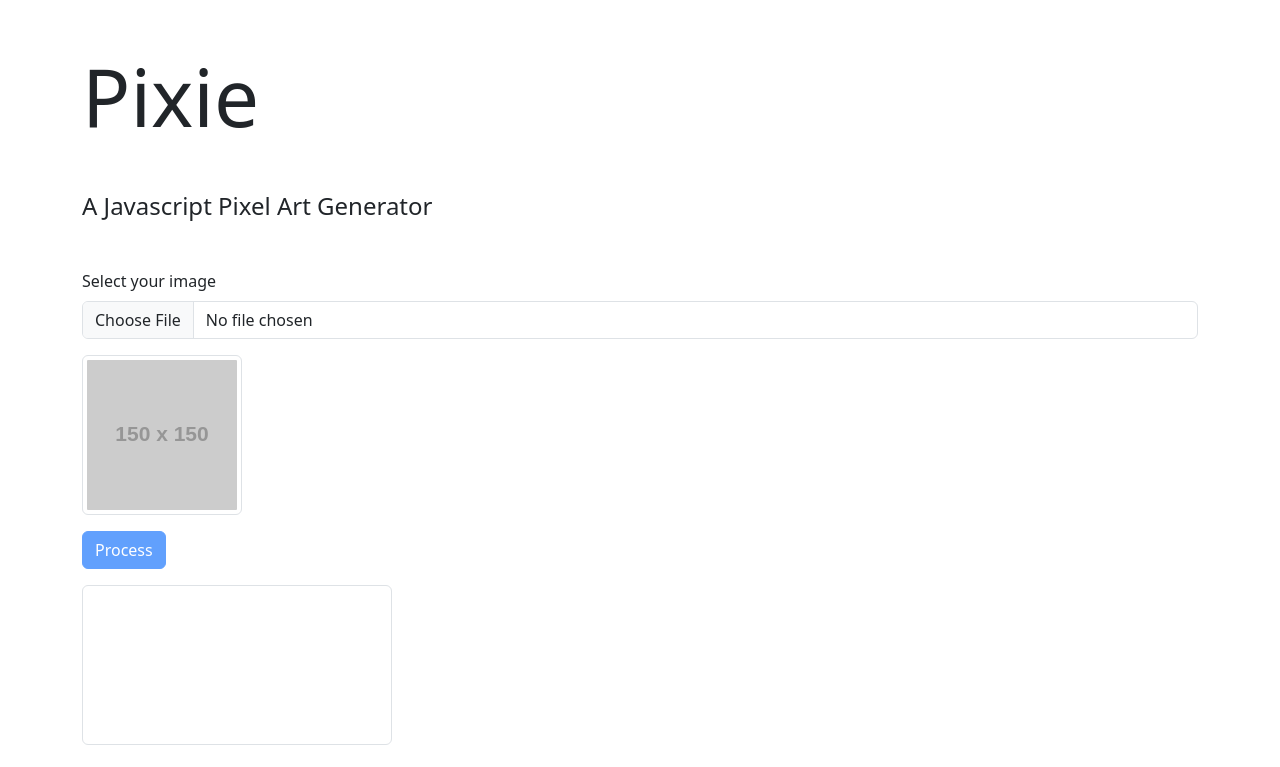
Repository: BigEmperor26/Pixie
Page: index.html
An editor plug-in stored every save of this project. The page is shown before and after the next save, followed by the edit.
The browser window is 1280 px wide. The pictures show the whole page.

Above is the page before, as saved 2023-12-08 15:50:38.
Console error: ReferenceError: onOpenCvReady is not defined

After the next save:
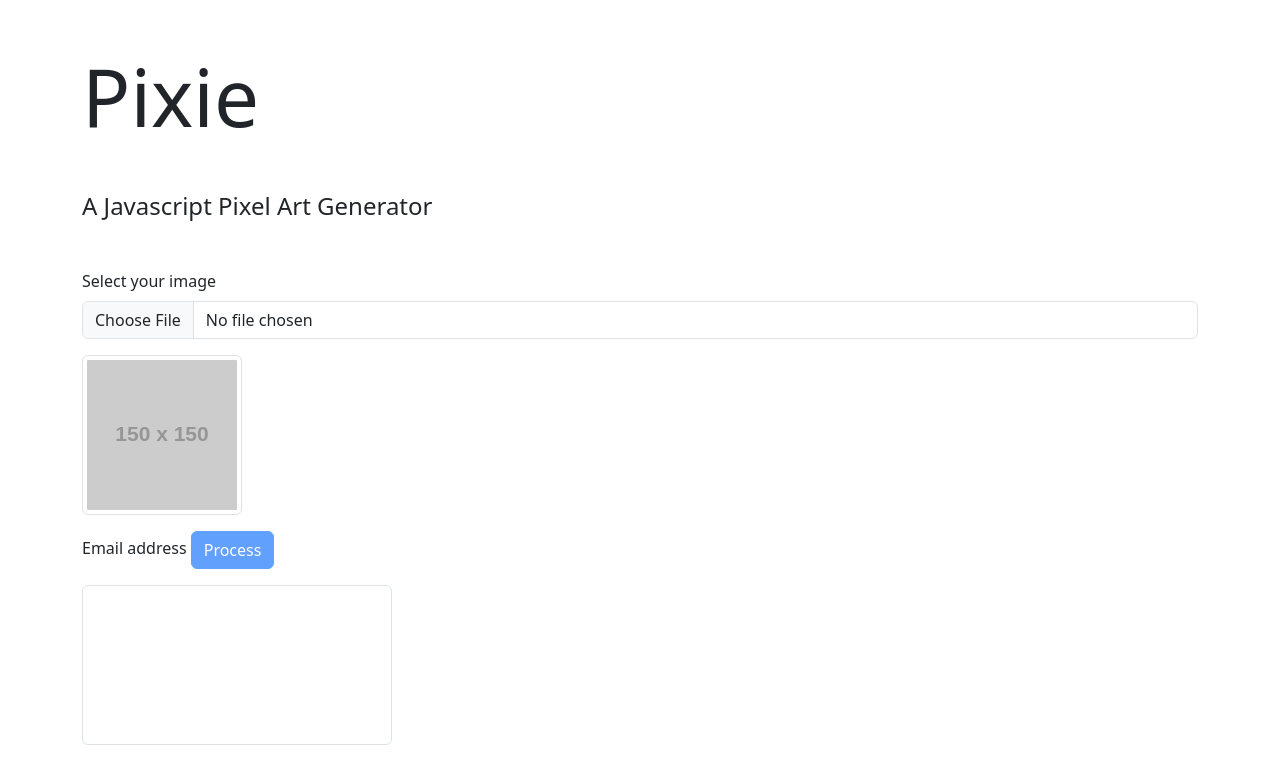
Saved 2 min 9 s later.
--- a/index.html
+++ b/index.html
@@ -18,6 +18,7 @@
     <div class="my-3">
         <img src="https://via.placeholder.com/150" class="img-thumbnail" alt="..." onclick="" id="imageSrc">
     </div>
+    <label for="exampleFormControlInput1" class="form-label">Email address</label>
     <button type="button" class="btn btn-primary disabled" id="processButton">Process</button>
   <!-- Content here -->
     <div class="my-3">
